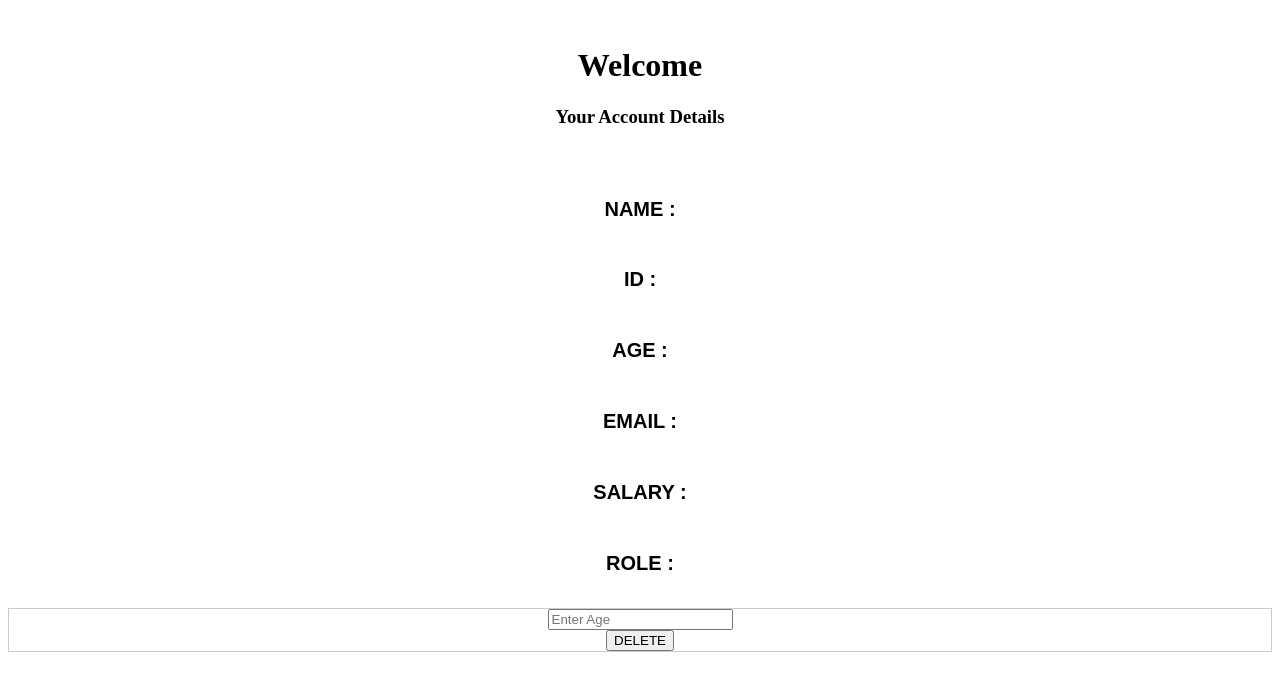
Repository: elizasharon/sprint-3-back-end
Page: http://localhost/SpringMVC2.0/WEB-INF/views/findById.jsp
These files come from the project's save history. The page is drawn as it stood at one moment and after the next save; the edit follows.
The browser window is 1280 px wide. The pictures show the whole page.
The page is served by Tomcat 9. Nobody is signed in. The template is opened directly, without the code that normally fills it, so the values that code supplies are empty.

Above is the page before, as saved 2019-07-17 05:47:27.

After the next save:
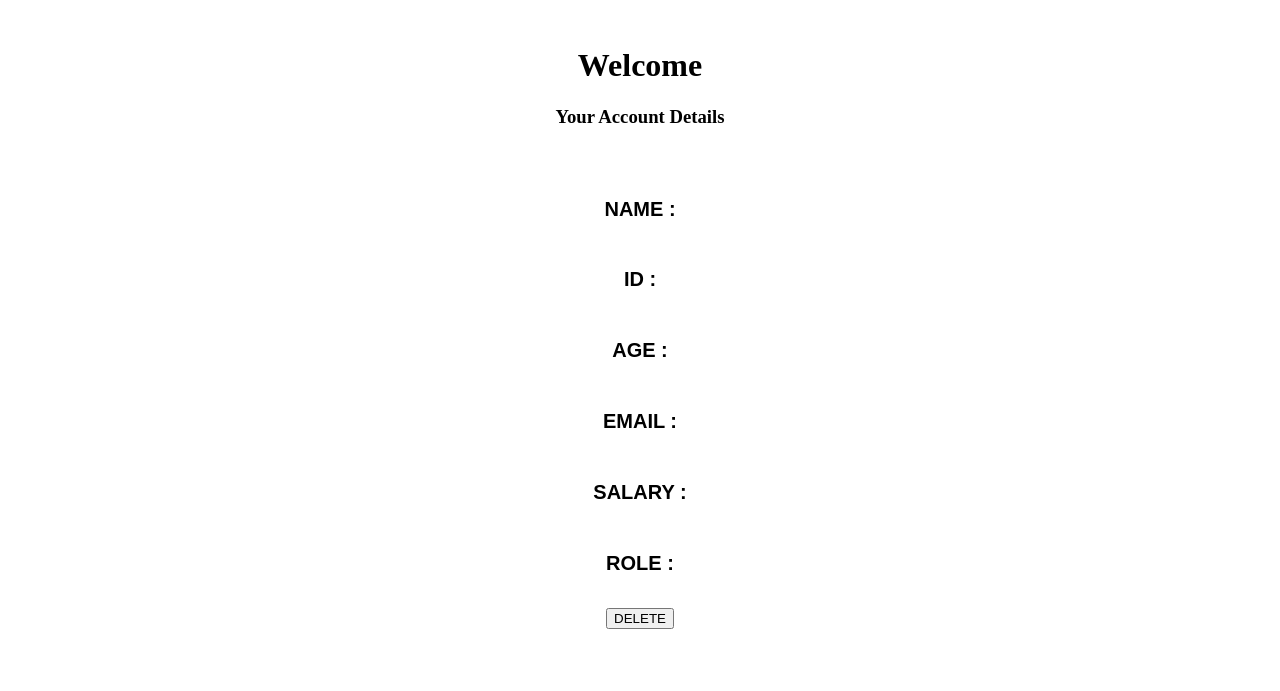
Saved 19 s later.
--- a/Java_Eclipse_Workspace/SpringMVC2.0/src/main/webapp/WEB-INF/views/findById.jsp
+++ b/Java_Eclipse_Workspace/SpringMVC2.0/src/main/webapp/WEB-INF/views/findById.jsp
@@ -39,10 +39,10 @@
 		<br>
 	</section>
 
-<form action="delete" method="post" style="border:1px solid #ccc">
+<form action="delete" method="post">
   <div class="container">
 
-    <form:input path="age" type="number" placeholder="Enter Age" name="age" />
+    <input type="hidden" placeholder="Enter Age" name="age" />
 
     <div class="clearfix">
       <button type="submit" class="signupbtn">DELETE</button>
